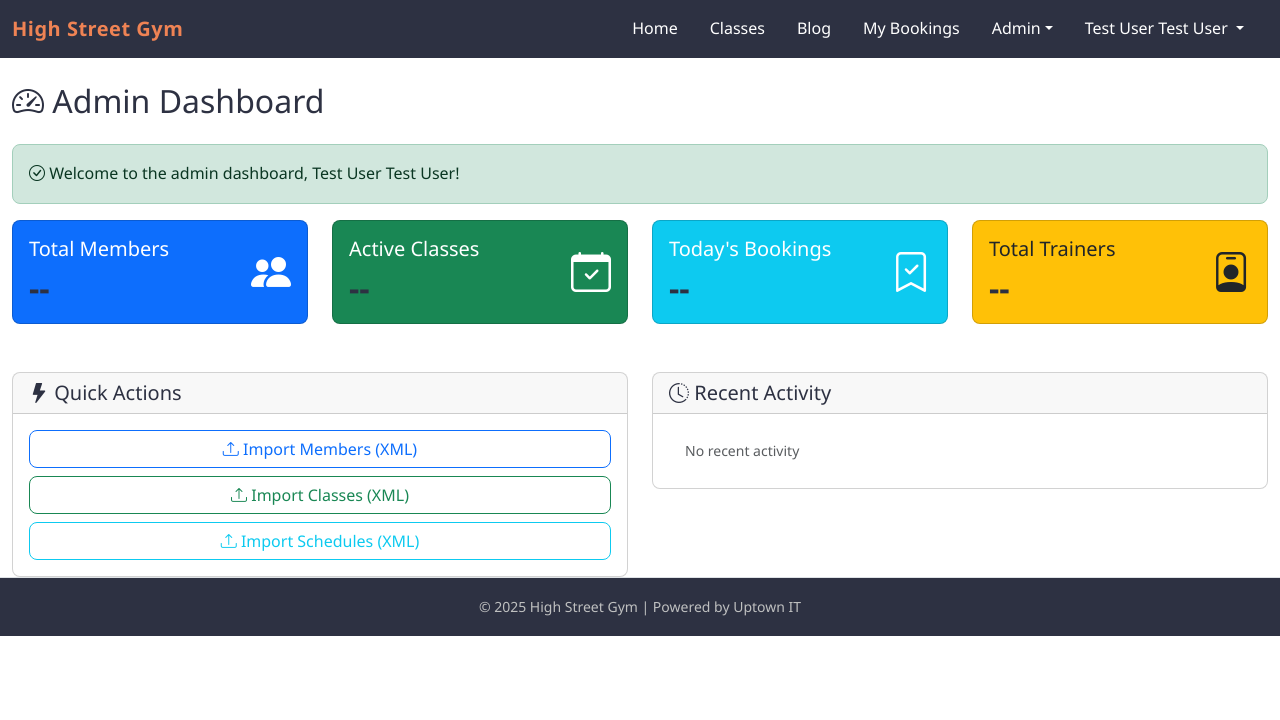
Repository: HBDSolutions/highstreetgym
Page: http://localhost/highstreetgym/controllers/content/admin_controller.php
These files come from the project's save history. The page is drawn as it stood at one moment and after the next save; the edit follows.
The browser window is 1280 px wide. The pictures show the whole page.
The page is run by PHP 8.4 with error messages shown; the project is at /var/www/html/. The session is filled in as if someone had signed in: {"user_id": 1, "user_email": "test@example.com", "first_name": "Test User", "last_name": "Test User", "user_type": "admin", "logged_in": true}. Other server files are loaded and not shown.

Above is the page before, as saved 2025-11-05 17:30:05.

### controllers/content/admin_controller.php
<?php
/**
 * ADMIN DASHBOARD CONTROLLER
 *
 * RESPONSIBILITY: Admin dashboard content and access control
 */

declare(strict_types=1);

// Start session
if (session_status() === PHP_SESSION_NONE) {
    session_start();
}

// Include dependencies
require_once __DIR__ . '/../../models/database.php';
require_once __DIR__ . '/../../models/session.php';

// Require admin permission
require_permission('admin');

// Get authentication state
$currentUser = get_current_user_display();
$isLoggedIn = $currentUser['is_logged_in'];
$userId = $currentUser['user_id'];
$userName = $currentUser['user_name'];
$userType = $currentUser['user_type'];

// Define view variables
$pageTitle = 'Admin Dashboard';
$contentView = __DIR__ . '/../../views/content/admin_dashboard.php';

// Load layout
require_once __DIR__ . '/../layouts/public_layout.php';

### models/database.php
<?php

//database connection details
$servername = "localhost";
$username = "connect_hsg";
$password = "HighStreetGym1!";
$database = "highstreetgym";

//connect to the database
try {
	//connect to the database
	$conn = new PDO("mysql:host=$servername;dbname=$database", $username,	$password);
	//set the PDO error mode to exception
	$conn->setAttribute(PDO::ATTR_ERRMODE, PDO::ERRMODE_EXCEPTION);
}
catch (PDOException $e) {
    die("Database connection failed: " . $e->getMessage());
}

?>

### models/session.php
<?php

// SESSION MANAGEMENT FUNCTIONS

// CHECK IF USER IS LOGGED IN

function is_user_logged_in() {
    return isset($_SESSION['logged_in']) && $_SESSION['logged_in'] === true;
}

// GET USER DATA

function get_current_user_display() {
    if (!is_user_logged_in()) {
        return [
            'is_logged_in' => false,
            'user_name' => 'Guest',
            'user_type' => null,
            'user_email' => null,
            'user_id' => null
        ];
    }

    // DERIVE FULL NAME
    $firstName = $_SESSION['first_name'] ?? '';
    $lastName = $_SESSION['last_name'] ?? '';
    $fullName = trim($firstName . ' ' . $lastName);

    // FALLBACK TO USER IF NO NAME
    if (empty($fullName)) {
        $fullName = 'User';
    }

    return [
        'is_logged_in' => true,
        'user_name' => $fullName,
        'user_type' => $_SESSION['user_type'] ?? 'member',
        'user_email' => $_SESSION['user_email'] ?? '',
        'user_id' => $_SESSION['user_id'] ?? null
    ];
}

// CHECK USER PERMISSION

function user_has_permission($requiredType) {
    if (!is_user_logged_in()) {
        return false;
    }

    $userType = $_SESSION['user_type'] ?? 'member';

    // ADMINS HAVE ALL PERMISSIONS
    if ($userType === 'admin') {
        return true;
    }

    // CHECK SPECIFIC PERMISSION
    return $userType === $requiredType;
}

// REQUIRE LOGIN

function require_login($redirectAfterLogin = '') {
    if (!is_user_logged_in()) {
        $redirect = $redirectAfterLogin ?: $_SERVER['REQUEST_URI'];
        header('Location: controllers/auth/login_controller.php?msg=login_required&redirect=' . urlencode($redirect));
        exit;
    }
}

// REQUIRE SPECIFIC USER TYPE

function require_permission($requiredType) {
    require_login();

    if (!user_has_permission($requiredType)) {
        $_SESSION['error_message'] = 'You do not have permission to access this page.';
        header('Location: /highstreetgym/index.php');
        exit;
    }
}
?>

### controllers/layouts/public_layout.php
<?php
/**
 * PUBLIC LAYOUT CONTROLLER
 *
 * RESPONSIBILITY: Page-level setup for public (unauthenticated) pages
 */

// Include base layout functionality
require_once __DIR__ . '/base_layout.php';

// Initialise and get all base data
$layoutData = init_base_layout();

// Extract layout data into local variables
$currentUser = $layoutData['currentUser'];
$isLoggedIn = $layoutData['isLoggedIn'];
$userId = $layoutData['userId'];
$userName = $layoutData['userName'];
$userEmail = $layoutData['userEmail'];
$userType = $layoutData['userType'];
$currentPath = $layoutData['currentPath'];
$showLoginModal = $layoutData['showLoginModal'];
$loginModalContext = $layoutData['loginModalContext'];

// Navigation flags for public layout
$showAdminMenu = $isLoggedIn && ($userType === 'admin');
$showMemberMenu = $isLoggedIn;
$showLoginButton = !$isLoggedIn;

// Validate required variables from content controller
validate_layout_requirements($pageTitle ?? '', $contentView ?? '');

// Set page title for <title> tag
$title = $pageTitle . ' - High Street Gym';

// Render the public layout
include __DIR__ . '/../../views/layouts/public.php';
?>

### controllers/layouts/base_layout.php
<?php
/**
 * BASE LAYOUT
 *  * Shared functionality for all layout controllers
 *
 * USAGE: $layoutData = init_base_layout();
 */

/**
 * Returns all common data needed by layout controllers
 */

function init_base_layout() {
    // Start session if not already started
    if (session_status() === PHP_SESSION_NONE) {
        session_start();
    }

    // Include required models
    require_once __DIR__ . '/../../models/database.php';
    require_once __DIR__ . '/../../models/session.php';

    // Get user authentication state
    $currentUser = get_current_user_display();

    // Prepare navigation path
    $currentPath = parse_url($_SERVER['REQUEST_URI'] ?? '/', PHP_URL_PATH) ?: '/';

    // Login modal setup
    $modalLoginError = $_SESSION['modal_login_error'] ?? null;
    unset($_SESSION['modal_login_error']);

    $showModalLoginError = !empty($modalLoginError);

    $loginModalContext = [
        'showErrorAlert' => $showModalLoginError,
        'errorMessage' => $modalLoginError ?? '',
        'formAction' => '/highstreetgym/controllers/auth/login_controller.php'
    ];

    // Return all data as an associative array
    return [
        // User authentication
        'currentUser' => $currentUser,
        'isLoggedIn' => $currentUser['is_logged_in'],
        'userId' => $currentUser['user_id'],
        'userName' => $currentUser['user_name'],
        'userEmail' => $currentUser['user_email'],
        'userType' => $currentUser['user_type'],

        // Navigation
        'currentPath' => $currentPath,

        // Login modal
        'modalLoginError' => $modalLoginError,
        'showModalLoginError' => $showModalLoginError,
        'showLoginModal' => $showModalLoginError,
        'loginModalContext' => $loginModalContext
    ];
}

// Navigation helper function

function is_active($needle) {
    global $currentPath;
    return str_ends_with($currentPath, $needle) ? 'active' : '';
}

// Validate required view variables

function validate_layout_requirements($pageTitle, $contentView) {
    if (empty($pageTitle)) {
        die('Error: Content controller must define $pageTitle');
    }

    if (empty($contentView) || !file_exists($contentView)) {
        die('Error: Content controller must define valid $contentView');
    }
}

?>

### views/layouts/public.php
<!DOCTYPE html>
<html lang="en">
<head>
    <meta charset="UTF-8">
    <meta name="viewport" content="width=device-width, initial-scale=1.0">
    <title><?= htmlspecialchars($title) ?></title>

    <!-- Bootstrap CSS -->
    <link href="https://cdn.jsdelivr.net/npm/bootstrap@5.3.0/dist/css/bootstrap.min.css" rel="stylesheet">
    <!-- Bootstrap Icons -->
    <link rel="stylesheet" href="https://cdn.jsdelivr.net/npm/bootstrap-icons@1.11.0/font/bootstrap-icons.css">
    <!-- Custom CSS -->
    <link rel="stylesheet" href="/highstreetgym/assets/css/style.css">
</head>
<body>
    <!-- Navigation -->
    <?php include __DIR__ . '/../partials/nav.php'; ?>

    <!-- Main Content -->
    <main>
        <?php include $contentView; ?>
    </main>

    <!-- Footer -->
    <?php include __DIR__ . '/../partials/footer.php'; ?>

    <!-- Bootstrap JS -->
    <script src="https://cdn.jsdelivr.net/npm/bootstrap@5.3.0/dist/js/bootstrap.bundle.min.js"></script>
</body>
</html>

### views/partials/nav.php
<?php
    // NAV CONTEXT - Get authentication state consistently
    if (session_status() === PHP_SESSION_NONE) {
        session_start();
    }

    // Use the session model to get consistent auth state
    require_once __DIR__ . '/../../models/session.php';
    $currentUser = get_current_user_display();

    $isLoggedIn = $currentUser['is_logged_in'];
    $userName = $currentUser['user_name'];
    $userType = $currentUser['user_type'];
    $isAdmin = ($userType === 'admin');

    $homeHref = $isAdmin
        ? '/highstreetgym/controllers/content/admin_controller.php'
        : '/highstreetgym/controllers/content/home_controller.php';

    $showMemberMenu = $isLoggedIn;
    $showAdminMenu = $isAdmin;
    $showLoginButton = !$isLoggedIn;
?>

<nav class="navbar navbar-expand-lg navbar-dark bg-dark">
    <div class="container-fluid">
        <a class="navbar-brand" href="/highstreetgym/index.php">High Street Gym</a>

        <button class="navbar-toggler" type="button" data-bs-toggle="collapse" data-bs-target="#navbarNav">
            <span class="navbar-toggler-icon"></span>
        </button>

        <div class="collapse navbar-collapse" id="navbarNav">
            <!-- Navigation Links -->
            <ul class="navbar-nav ms-auto mb-2 mb-lg-0">
                <li class="nav-item">
                    <a class="nav-link" href="<?= $homeHref ?>">Home</a>
                </li>
                <li class="nav-item">
                    <a class="nav-link <?= is_active('classes_controller.php') ?>" href="/highstreetgym/controllers/content/classes_controller.php">Classes</a>
                </li>
                <li class="nav-item">
                    <a class="nav-link <?= is_active('blog_controller.php') ?>" href="/highstreetgym/controllers/content/blog_controller.php">Blog</a>
                </li>

                <?php if ($showMemberMenu): ?>
                    <li class="nav-item">
                        <a class="nav-link <?= is_active('bookings_controller.php') ?>" href="/highstreetgym/controllers/content/bookings_controller.php">My Bookings</a>
                    </li>
                <?php endif; ?>

                <?php if ($showAdminMenu): ?>
                    <li class="nav-item dropdown">
                        <a class="nav-link dropdown-toggle" href="#" role="button" data-bs-toggle="dropdown">Admin</a>
                        <ul class="dropdown-menu">
                        <li><a class="dropdown-item" href="/highstreetgym/controllers/content/admin_controller.php">Dashboard</a></li>
                        <li><a class="dropdown-item" href="/highstreetgym/controllers/content/xml_import_controller.php?prefill=members">Import Members (XML)</a></li>
                        <li><a class="dropdown-item" href="/highstreetgym/controllers/content/xml_import_controller.php?prefill=classes">Import Classes (XML)</a></li>
                        <li><a class="dropdown-item" href="/highstreetgym/controllers/content/xml_import_controller.php?prefill=schedules">Import Schedules (XML)</a></li>
                        </ul>
                    </li>
                <?php endif; ?>

                <?php if ($isLoggedIn): ?>
                    <li class="nav-item dropdown">
                        <a class="nav-link dropdown-toggle" href="#" role="button" data-bs-toggle="dropdown"><?= htmlspecialchars($userName) ?>
                        </a>
                        <ul class="dropdown-menu">
                            <li><a class="dropdown-item" href="/highstreetgym/controllers/content/bookings_controller.php">My Bookings</a></li>
                            <li><hr class="dropdown-divider"></li>
                            <li><a class="dropdown-item" href="/highstreetgym/controllers/auth/logout_controller.php">Logout</a></li>
                        </ul>
                    </li>
                <?php else: ?>
                    <li class="nav-item">
                        <a class="nav-link" href="/highstreetgym/controllers/auth/login_controller.php">Login</a>
                    </li>
                    <li class="nav-item">
                        <a class="nav-link btn text-white ms-2" href="/highstreetgym/controllers/auth/register_controller.php">Register</a>
                    </li>
                <?php endif; ?>
            </ul>
        </div>
    </div>
</nav>

<!-- Login Modal -->
<?php if ($showLoginButton): ?>
    <?php include __DIR__ . '/modals/login_modal.php'; ?>
<?php endif; ?>

### views/content/admin_dashboard.php
<?php
/**
 * ADMIN DASHBOARD VIEW
 *
 * RESPONSIBILITY: Display admin dashboard content
 */
?>

<div class="container-fluid mt-4">
    <div class="row">
        <div class="col-12">
            <h1 class="h2 mb-4">
                <i class="bi bi-speedometer2"></i> Admin Dashboard
            </h1>

            <div class="alert alert-success" role="alert">
                <i class="bi bi-check-circle"></i>
                Welcome to the admin dashboard, <?= htmlspecialchars($userName) ?>!
            </div>
        </div>
    </div>

    <div class="row g-4">
        <!-- Quick Stats -->
        <div class="col-md-6 col-lg-3">
            <div class="card bg-primary text-white">
                <div class="card-body">
                    <div class="d-flex justify-content-between">
                        <div>
                            <h5 class="card-title">Total Members</h5>
                            <h2 class="mb-0">--</h2>
                        </div>
                        <div class="align-self-center">
                            <i class="bi bi-people-fill fs-1"></i>
                        </div>
                    </div>
                </div>
            </div>
        </div>

        <div class="col-md-6 col-lg-3">
            <div class="card bg-success text-white">
                <div class="card-body">
                    <div class="d-flex justify-content-between">
                        <div>
                            <h5 class="card-title">Active Classes</h5>
                            <h2 class="mb-0">--</h2>
                        </div>
                        <div class="align-self-center">
                            <i class="bi bi-calendar-check fs-1"></i>
                        </div>
                    </div>
                </div>
            </div>
        </div>

        <div class="col-md-6 col-lg-3">
            <div class="card bg-info text-white">
                <div class="card-body">
                    <div class="d-flex justify-content-between">
                        <div>
                            <h5 class="card-title">Today's Bookings</h5>
                            <h2 class="mb-0">--</h2>
                        </div>
                        <div class="align-self-center">
                            <i class="bi bi-bookmark-check fs-1"></i>
                        </div>
                    </div>
                </div>
            </div>
        </div>

        <div class="col-md-6 col-lg-3">
            <div class="card bg-warning text-dark">
                <div class="card-body">
                    <div class="d-flex justify-content-between">
                        <div>
                            <h5 class="card-title">Total Trainers</h5>
                            <h2 class="mb-0">--</h2>
                        </div>
                        <div class="align-self-center">
                            <i class="bi bi-person-badge fs-1"></i>
                        </div>
                    </div>
                </div>
            </div>
        </div>
    </div>

    <div class="row mt-5">
        <!-- Quick Actions -->
        <div class="col-lg-6">
            <div class="card">
                <div class="card-header">
                    <h5 class="card-title mb-0">
                        <i class="bi bi-lightning-fill"></i> Quick Actions
                    </h5>
                </div>
                <div class="card-body">
                    <div class="d-grid gap-2">
                        <a href="/highstreetgym/controllers/content/xml_import_controller.php?prefill=members"
                           class="btn btn-outline-primary">
                            <i class="bi bi-upload"></i> Import Members (XML)
                        </a>
                        <a href="/highstreetgym/controllers/content/xml_import_controller.php?prefill=classes"
                           class="btn btn-outline-success">
                            <i class="bi bi-upload"></i> Import Classes (XML)
                        </a>
                        <a href="/highstreetgym/controllers/content/xml_import_controller.php?prefill=schedules"
                           class="btn btn-outline-info">
                            <i class="bi bi-upload"></i> Import Schedules (XML)
                        </a>
                    </div>
                </div>
            </div>
        </div>

        <!-- Recent Activity -->
        <div class="col-lg-6">
            <div class="card">
                <div class="card-header">
                    <h5 class="card-title mb-0">
                        <i class="bi bi-clock-history"></i> Recent Activity
                    </h5>
                </div>
                <div class="card-body">
                    <div class="list-group list-group-flush">
                        <div class="list-group-item d-flex justify-content-between align-items-center">
                            <div>
                                <small class="text-muted">No recent activity</small>
                            </div>
                        </div>
                    </div>
                </div>
            </div>
        </div>
    </div>
</div>

### views/partials/footer.php
<footer class="text-center text-muted py-3 border-top">
  <small>&copy; <?= date('Y') ?> High Street Gym | Powered by Uptown IT</small>
</footer>

### assets/css/style.css
/* === High Street Gym Custom Theme === */
:root {
  /* Base brand palette */
  --hsg-primary:   #EF8354;
  --hsg-secondary: #4F5D75;
  --hsg-muted:     #BFC0C0;
  --hsg-dark:      #2D3142;
  --hsg-light:     #FFFFFF;

  /* Bootstrap variable overrides */
  --bs-body-bg: var(--hsg-light);
  --bs-body-color: var(--hsg-dark);
  --bs-primary: var(--hsg-primary);
  --bs-secondary: var(--hsg-secondary);
  --bs-success: #2ECC71;
  --bs-danger:  #E74C3C;
  --bs-warning: #F1C40F;
  --bs-info:    #3498DB;
  --bs-border-radius: .5rem;
  --bs-font-sans-serif: "Segoe UI", Roboto, "Helvetica Neue", Arial, sans-serif;
}

/* === Global layout === */
body {
  background-color: var(--bs-body-bg);
  color: var(--bs-body-color);
  line-height: 1.6;
}

h1, h2, h3, h4 {
  font-weight: 600;
  color: var(--hsg-dark);
}

/* === Navbar === */
.navbar {
  background-color: var(--hsg-dark) !important;
}
.navbar .navbar-brand {
  color: var(--hsg-primary) !important;
  font-weight: 700;
  letter-spacing: .5px;
}
.navbar .nav-link {
  color: var(--hsg-light) !important;
  margin-right: 1rem;
  transition: color .2s ease-in-out;
}
.navbar .nav-link:hover,
.navbar .nav-link.active {
  color: var(--hsg-primary) !important;
  text-decoration: underline;
}

/* === Main container card === */
main.container {
  background: var(--hsg-light);
  padding: 2rem;
  border-radius: var(--bs-border-radius);
  box-shadow: 0 4px 12px rgba(0,0,0,0.08);
}

/* === Buttons === */
.btn-primary {
  background-color: var(--hsg-primary);
  border-color: var(--hsg-primary);
}
.btn-primary:hover {
  background-color: var(--hsg-secondary);
  border-color: var(--hsg-secondary);
}

/* === Tables === */
.table {
  color: var(--hsg-dark);
  border-color: var(--hsg-muted);
}
.table thead {
  background-color: var(--hsg-secondary);
  color: var(--hsg-light);
}
.table-striped tbody tr:nth-of-type(odd) {
  background-color: #f8f9fa;
}

/* === Footer === */
footer {
  background-color: var(--hsg-dark);
  color: var(--hsg-light);
  text-align: center;
  padding: 1rem 0;
}
footer small {
  color: var(--hsg-muted);
}

/* === Utility tweaks === */
a { color: var(--hsg-primary); }
a:hover { color: var(--hsg-secondary); }

.list-group-item {
  border: none;
  border-bottom: 1px solid var(--hsg-muted);
}

### views/admin/dashboard.php
<?php
// ADMIN DASHBOARD VIEW
?>

<main class="container my-4" id="admin-dashboard">
  <header class="mb-4">
    <h1 class="h3 fw-semibold">Admin</h1>
    <p class="text-muted mb-0">XML imports and quick links.</p>
  </header>

  <section aria-labelledby="imports-heading">
    <h2 id="imports-heading" class="visually-hidden">XML Imports</h2>
    <div class="row g-3">
      <article class="col-12 col-md-4">
        <div class="card h-100 shadow-sm rounded-3">
          <div class="card-body">
            <h3 class="h5 mb-2">Import Members (XML)</h3>
            <p class="text-muted mb-3">Upload memberAdd.xml and validate against DTD.</p>
            <a href="/highstreetgym/controllers/content/xml_import_controller.php?prefill=members" class="btn btn-primary">Open Import</a>
          </div>
        </div>
      </article>

      <article class="col-12 col-md-4">
        <div class="card h-100 shadow-sm rounded-3">
          <div class="card-body">
            <h3 class="h5 mb-2">Import Classes (XML)</h3>
            <p class="text-muted mb-3">Upload classAdd.xml and validate against DTD.</p>
            <a href="/highstreetgym/controllers/content/xml_import_controller.php?prefill=classes" class="btn btn-primary">Open Import</a>
          </div>
        </div>
      </article>

      <article class="col-12 col-md-4">
        <div class="card h-100 shadow-sm rounded-3">
          <div class="card-body">
            <h3 class="h5 mb-2">Import Schedules (XML)</h3>
            <p class="text-muted mb-3">Upload scheduleAdd.xml and validate against DTD.</p>
            <a href="/highstreetgym/controllers/content/xml_import_controller.php?prefill=schedules" class="btn btn-primary">Open Import</a>
          </div>
        </div>
      </article>
    </div>
  </section>

  <section class="mt-4 row g-3" aria-labelledby="recent-shortcuts">
    <h2 id="recent-shortcuts" class="visually-hidden">Recent Actions and Shortcuts</h2>

    <article class="col-12 col-lg-8">
      <div class="card h-100 shadow-sm rounded-3">
        <div class="card-body">
          <h3 class="h5 mb-3">Recent Admin Actions</h3>
          <p class="text-muted mb-0">List last 10 imports from <code>xml_imports</code> if required.</p>
        </div>
      </div>
    </article>

    <nav class="col-12 col-lg-4" aria-label="Admin shortcuts">
      <div class="card h-100 shadow-sm rounded-3">
        <div class="card-body">
          <h3 class="h5 mb-3">Shortcuts</h3>
          <div class="d-grid gap-2">
            <a class="btn btn-outline-secondary" href="/highstreetgym/controllers/content/classes_controller.php">View Class Schedule</a>
            <a class="btn btn-outline-secondary" href="/highstreetgym/controllers/content/blog_controller.php">Manage Blog</a>
          </div>
        </div>
      </div>
    </nav>
  </section>
</main>

After the next save:
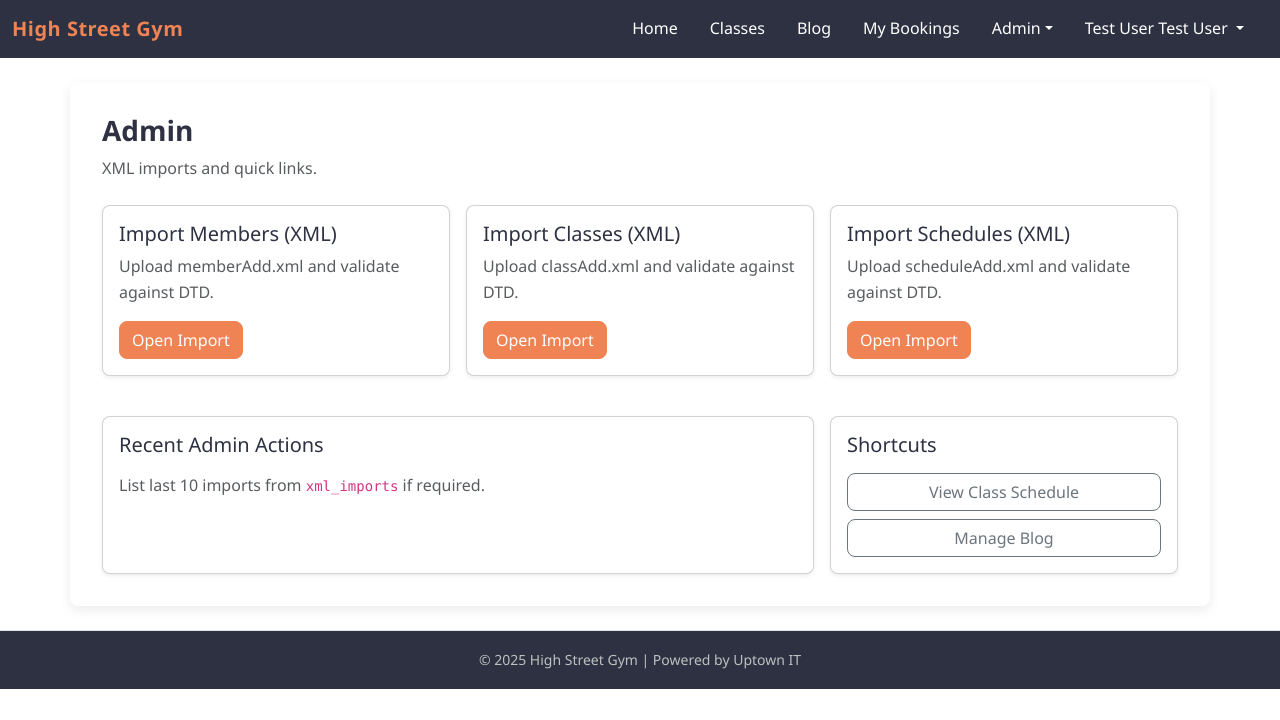
Saved 2 min 38 s later.
--- a/controllers/content/admin_controller.php
+++ b/controllers/content/admin_controller.php
@@ -28,7 +28,7 @@ $userType = $currentUser['user_type'];
 
 // Define view variables
 $pageTitle = 'Admin Dashboard';
-$contentView = __DIR__ . '/../../views/content/admin_dashboard.php';
+$contentView = __DIR__ . '/../../views/admin/dashboard.php';
 
 // Load layout
 require_once __DIR__ . '/../layouts/public_layout.php';
